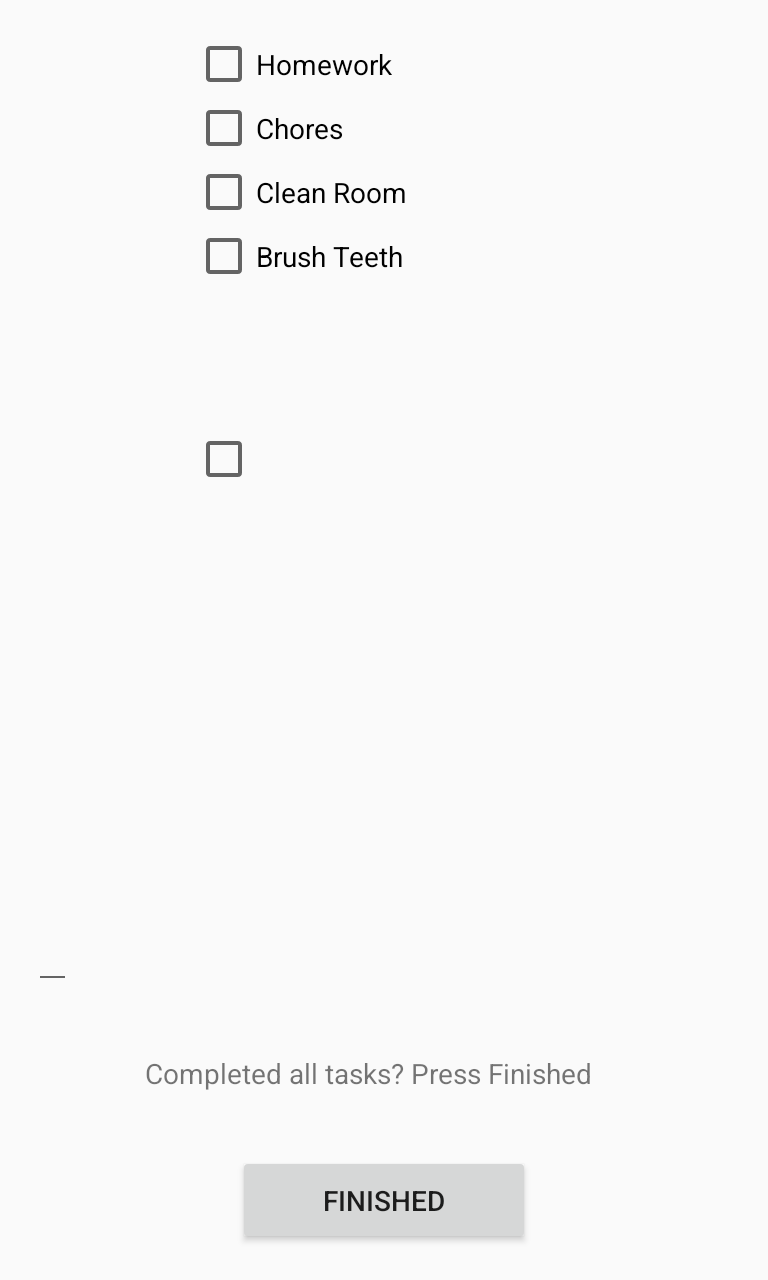
Repository: g80349/Java1
Layout: Week1 Project/ToDoList/res/layout/fragment_main.xml
An editor plug-in stored every save of this project. The layout is shown before and after the next save, followed by the edit.
It is drawn on a 768 x 1280 px phone screen (xhdpi) without system bars, with theme AppTheme; the app's code is not run. The app's manifest (not shown) leaves right-to-left support off. So textAlignment, textDirection and layoutDirection are ignored, and left and right values win over start and end ones.

Above is the layout before, as saved 2014-04-03 17:53:35.

After the next save:
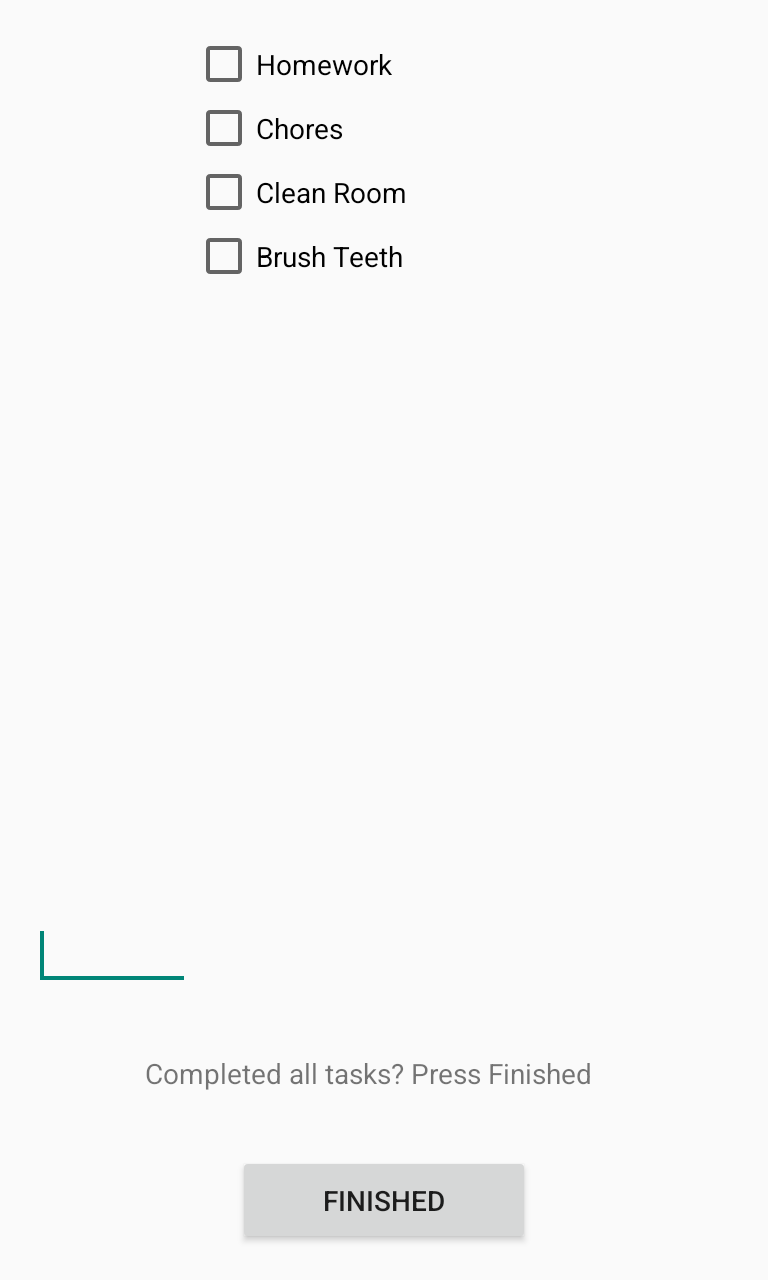
Saved 2 min 0 s later.
--- a/Week1 Project/ToDoList/res/layout/fragment_main.xml
+++ b/Week1 Project/ToDoList/res/layout/fragment_main.xml
@@ -39,18 +39,21 @@
 
     <CheckBox
         android:id="@+id/check_user"
-        android:layout_width="wrap_content"
-        android:layout_height="wrap_content"
+        android:layout_width="0dp"
+        android:layout_height="odp"
         android:layout_marginLeft="80dp"
         android:layout_weight="1"
         android:text="@string/check_user" />
 
     <EditText
         android:id="@+id/edit_user"
-        android:layout_width="wrap_content"
+        android:layout_width="80dp"
         android:layout_height="wrap_content"
-        android:layout_weight="1"
-        android:hint="@string/edit_user" />
+        android:ems="10"
+        android:hint="@string/edit_user" >
+
+        <requestFocus />
+    </EditText>
 
     <TextView
         android:id="@+id/textView_toDo"
